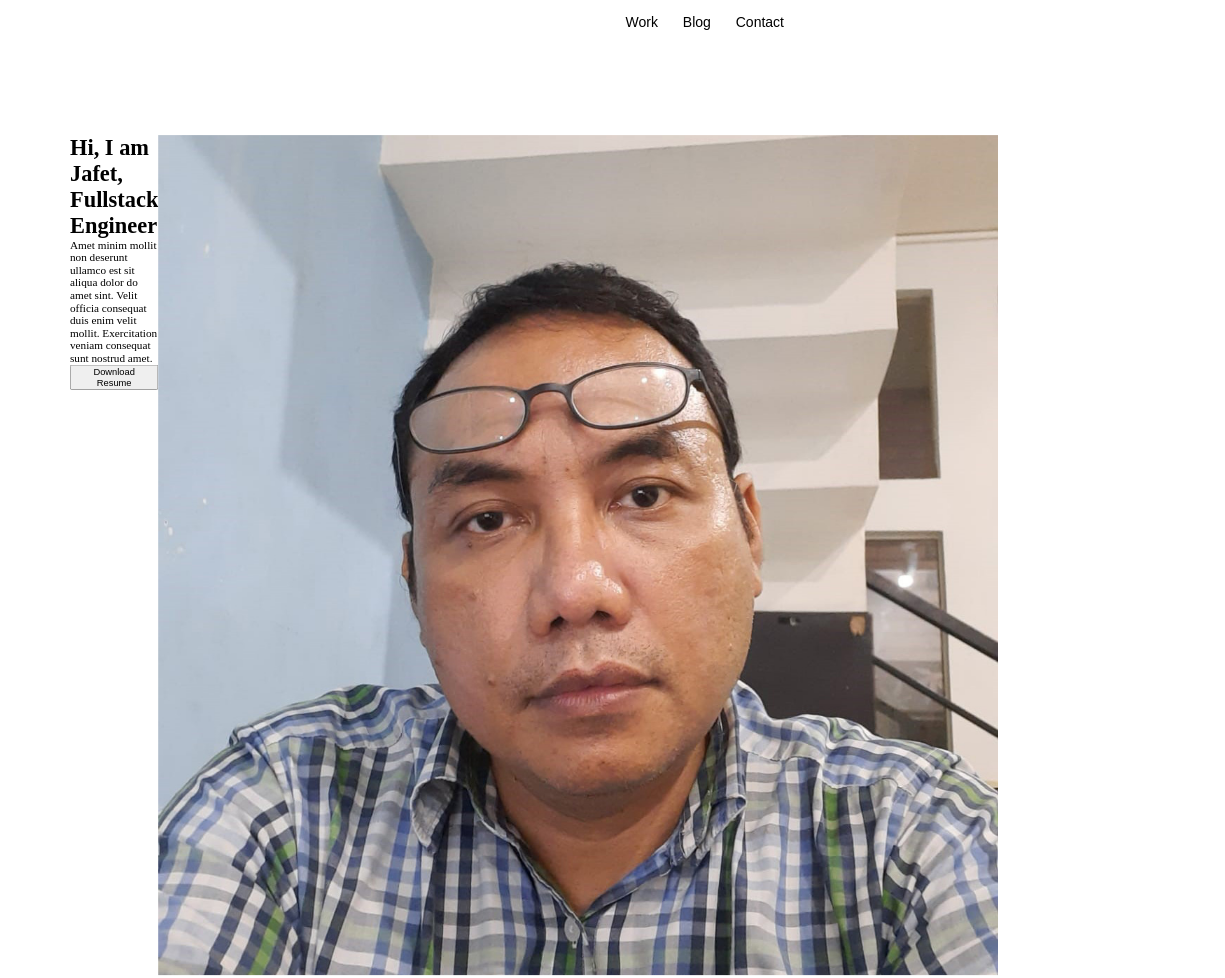
Repository: jafetdn73/portofolio
Page: index.html
The author's editor kept a copy of each file at every save. The page is drawn from the files as they stood at one save, then again after the next save.
The browser window is 1280 px wide. The page is 1426 px wide, then 1750 px, so the pictures cover 1750 px, including what lies to the right of the window. The pictures show the whole page, at 70% of full size.

Above is the page before, as saved 2022-02-21 10:20:09.

After the next save:
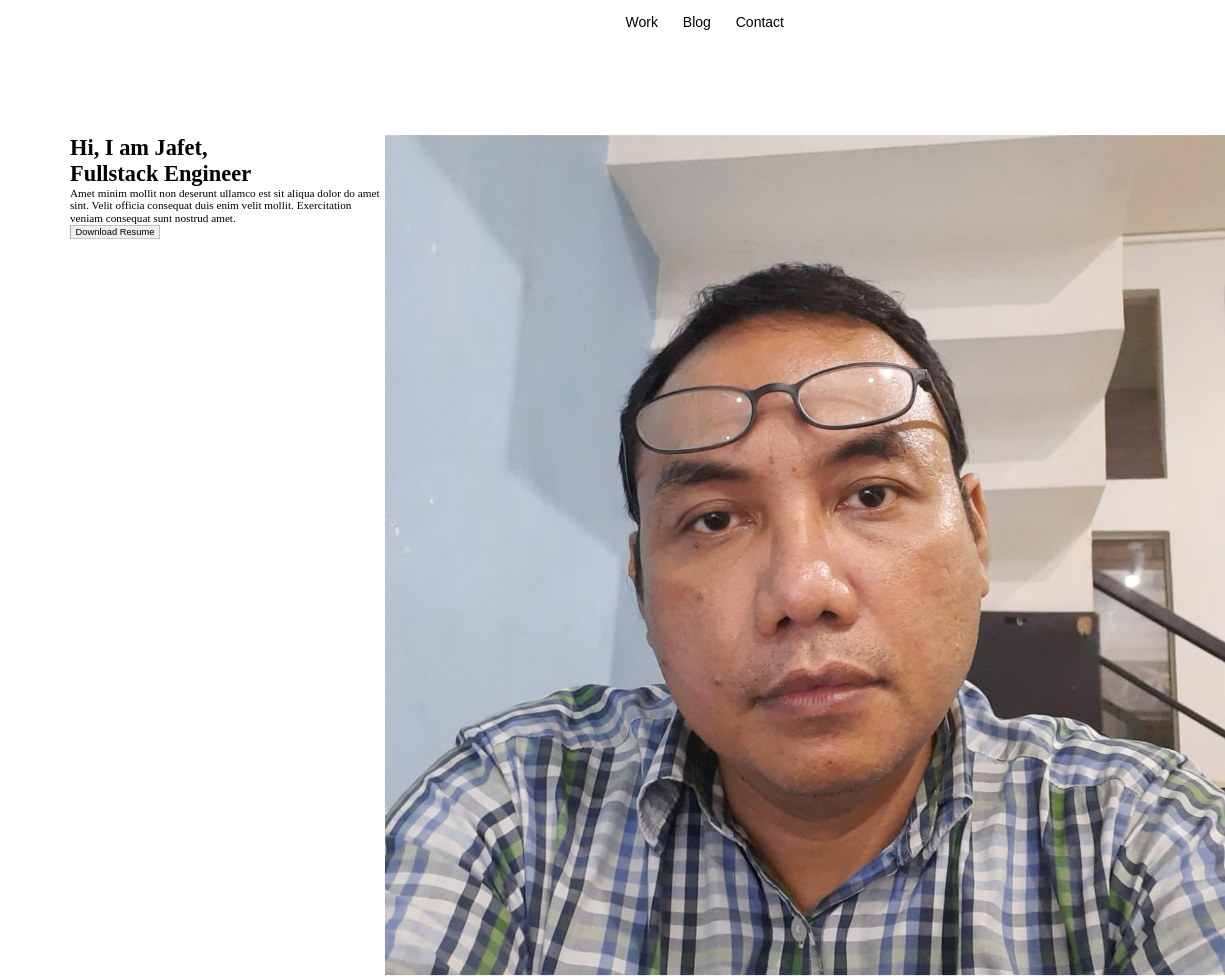
Saved 23 min 0 s later.
--- a/figma.css
+++ b/figma.css
@@ -29,3 +29,7 @@
 .hero-text {
     width: 450px;
 }
+
+.hero-text h1 {
+    width: 450px;
+}
